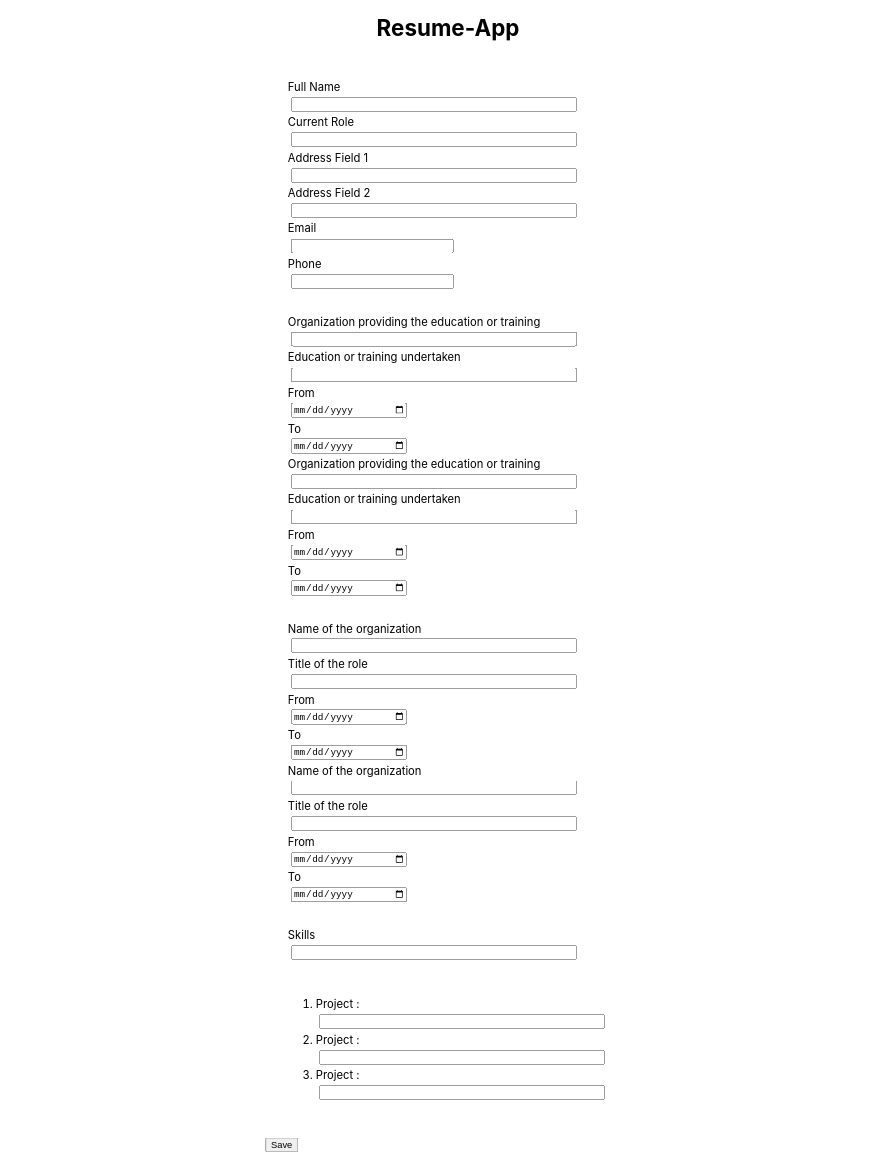
Repository: 0101chaitanya/resume-app
Page: /
The author's editor kept a copy of each file at every save. The page is drawn from the files as they stood at one save, then again after the next save.
The browser window is 1280 px wide. The pictures show the whole page, at 70% of full size.
The project was rebuilt for these pictures with package versions that can differ from the ones it lists, and the page was loaded fresh each time.

Above is the page before, as saved 2021-07-28 15:44:28.

After the next save:
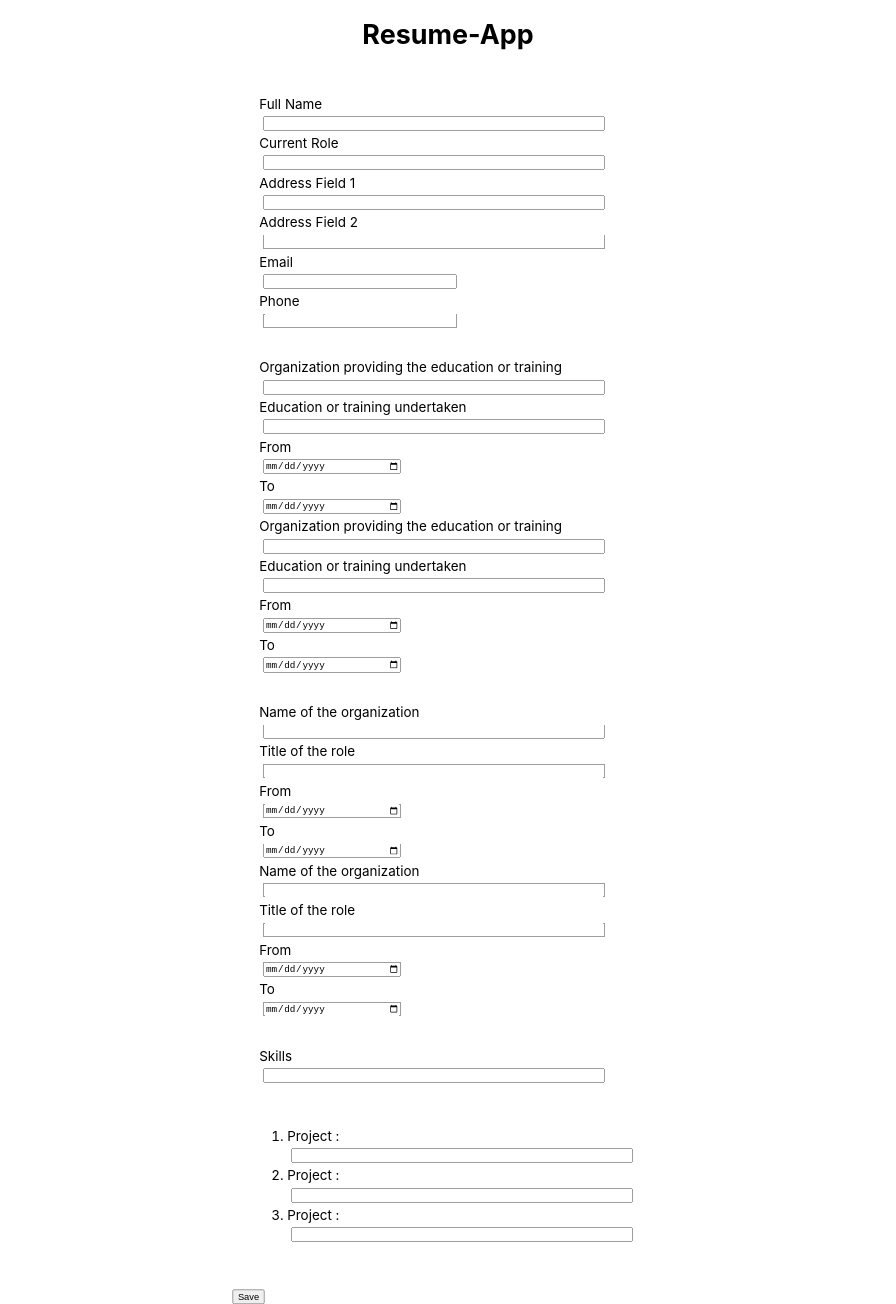
Saved 39 s later.
--- a/src/App.css
+++ b/src/App.css
@@ -1,3 +1,7 @@
+html {
+  font-size: 1.2rem;
+}
+
 .app {
   margin: auto;
   display: flex;
